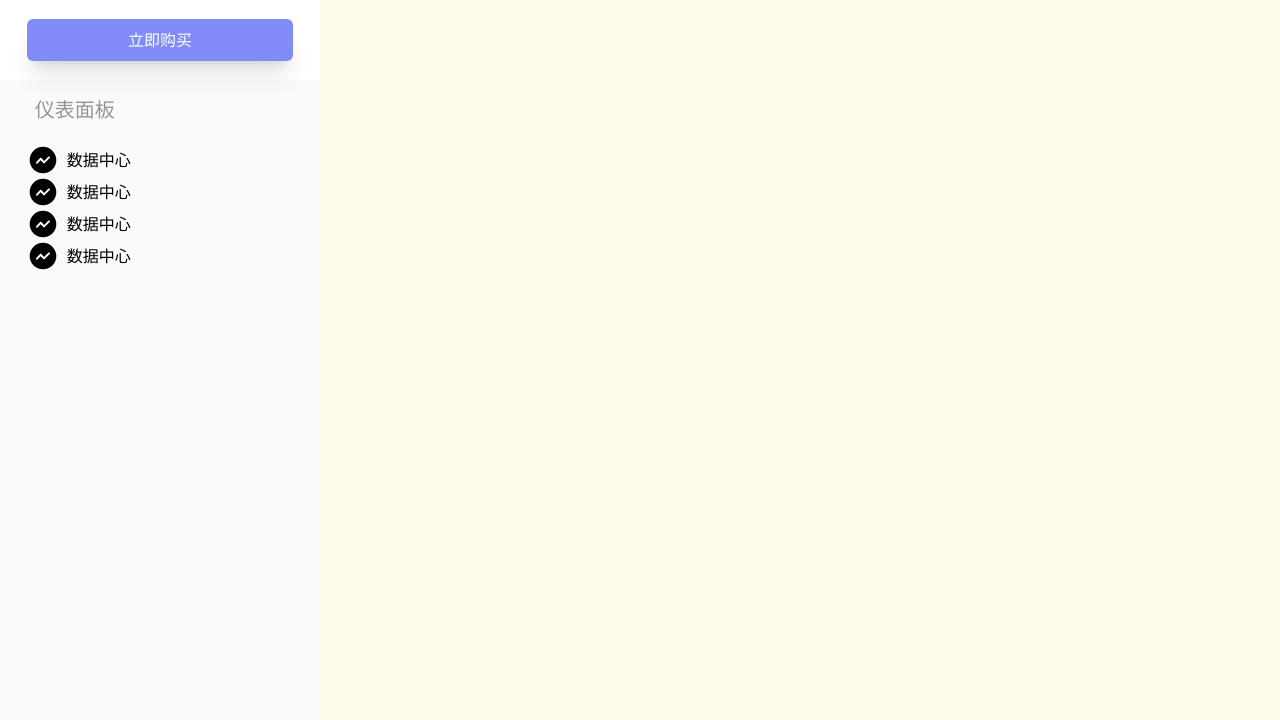
Repository: LiuRuohui/useWater
Page: /
These files come from the project's save history. The page is drawn as it stood at one moment and after the next save; the edit follows.
The browser window is 1280 px wide. The pictures show the whole page.
The project was rebuilt for these pictures with package versions that can differ from the ones it lists, and the page was loaded fresh each time. Also part of the build but not shown: vite.config.js.

Above is the page before, as saved 2022-04-06 09:16:17.

### src/App.vue
<script setup>
import HelloWorld1 from './components/HelloWorld.vue';
</script>

<template>
  <HelloWorld1></HelloWorld1>
</template>

<style>
</style>

### src/index.css
@tailwind base;
@tailwind components;
.inputFrame {
    @apply appearance-none rounded-none relative block w-full px-3 py-2 border border-gray-300 placeholder-gray-500 text-gray-900
}

.inputFrame:focus {
    @apply outline-none border-indigo-500 z-10 inline-block px-5 py-3 rounded-lg shadow-lg
}

.btn {
    @apply relative flex w-full justify-center py-2 border border-transparent font-medium rounded-md text-white bg-indigo-400
}

.btn:hover {
    @apply bg-indigo-500
}

.btn:focus {
    @apply outline-none ring-2 ring-offset-2 ring-indigo-400
}

@tailwind utilities;

### src/components/HelloWorld.vue
<script setup>

</script>

<template>
<div class="w-full h-screen flex flex-row">
  <div class="w-1/4 h-screen justify-center items-center flex flex-col">
    <div class="w-full h-20 justify-center items-center flex">
        <div class="w-5/6">
            <button class="btn text-white justify-center items-center shadow-xl">立即购买</button>
        </div>
    </div>
    <div class="w-full flex flex-grow bg-gray-50 justify-center">
        <div class="w-5/6 pt-4 flex flex-col">
            <div class="h-8 text-xl opacity-40 pl-2">仪表面板</div>
            <div class="mt-4 flex flex-grow flex-col">
                <div class="flex flex-row">
                  <img src="../assets/数据.svg" alt="" class="h-8">
                  <div class="pl-2 pt-1">数据中心</div>
                </div>
                <div class="flex flex-row">
                  <img src="../assets/数据.svg" alt="" class="h-8">
                  <div class="pl-2 pt-1">数据中心</div>
                </div>
                <div class="flex flex-row">
                  <img src="../assets/数据.svg" alt="" class="h-8">
                  <div class="pl-2 pt-1">数据中心</div>
                </div>
                <div class="flex flex-row">
                  <img src="../assets/数据.svg" alt="" class="h-8">
                  <div class="pl-2 pt-1">数据中心</div>
                </div>
            </div>
        </div>
    </div>
  </div>
  <div class="flex flex-grow bg-yellow-50">

  </div>
</div>
</template>

<style scoped>

</style>

### tailwind.config.js
module.exports = {
    content: [
        "./index.html",
        "./src/**/*.{vue,js,ts,jsx,tsx}",
    ],
    theme: {
        extend: {},
    },
    variants: {
        backgroundColor: ['responsive', 'hover', 'focus', 'active']
    },
    plugins: [],
}

Loaded but not shown: index.html (common file); src/main.js (common file)

After the next save:
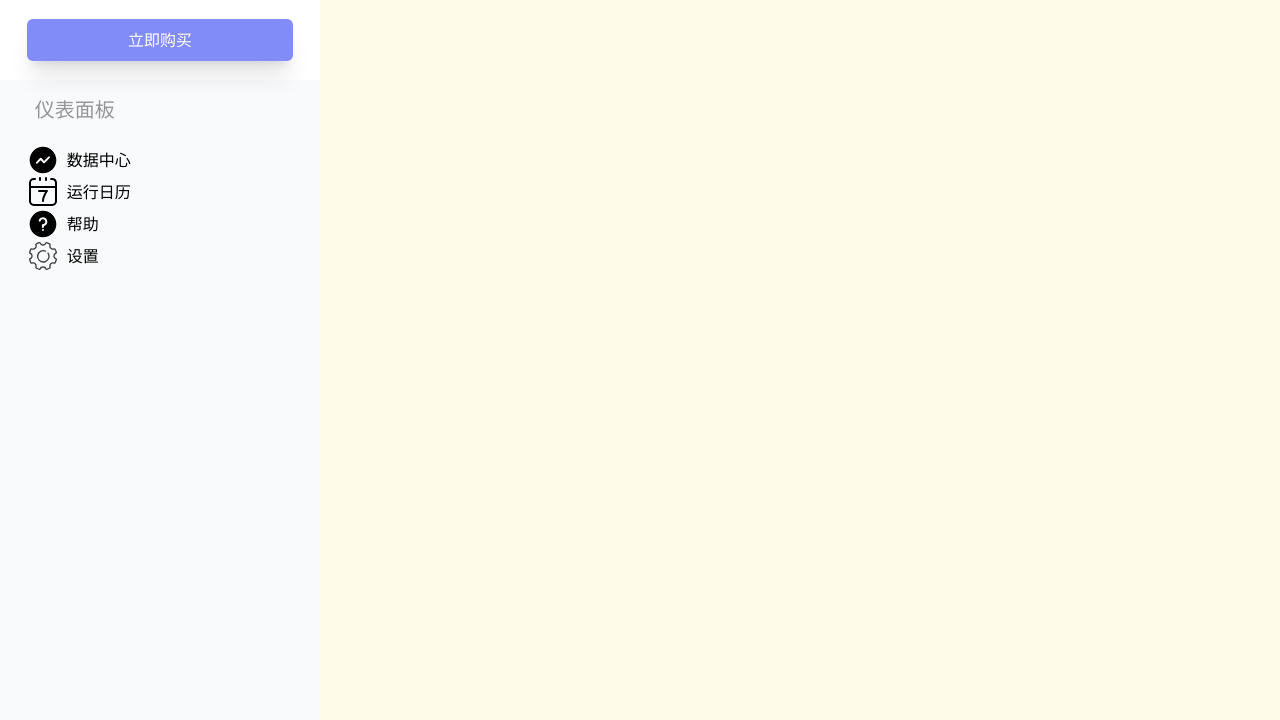
Saved 29 s later.
--- a/src/components/HelloWorld.vue
+++ b/src/components/HelloWorld.vue
@@ -19,16 +19,16 @@
                   <div class="pl-2 pt-1">数据中心</div>
                 </div>
                 <div class="flex flex-row">
-                  <img src="../assets/数据.svg" alt="" class="h-8">
-                  <div class="pl-2 pt-1">数据中心</div>
+                  <img src="../assets/日历.svg" alt="" class="h-8">
+                  <div class="pl-2 pt-1">运行日历</div>
                 </div>
                 <div class="flex flex-row">
-                  <img src="../assets/数据.svg" alt="" class="h-8">
-                  <div class="pl-2 pt-1">数据中心</div>
+                  <img src="../assets/帮助.svg" alt="" class="h-8">
+                  <div class="pl-2 pt-1">帮助</div>
                 </div>
                 <div class="flex flex-row">
-                  <img src="../assets/数据.svg" alt="" class="h-8">
-                  <div class="pl-2 pt-1">数据中心</div>
+                  <img src="../assets/设置.svg" alt="" class="h-8">
+                  <div class="pl-2 pt-1">设置</div>
                 </div>
             </div>
         </div>
